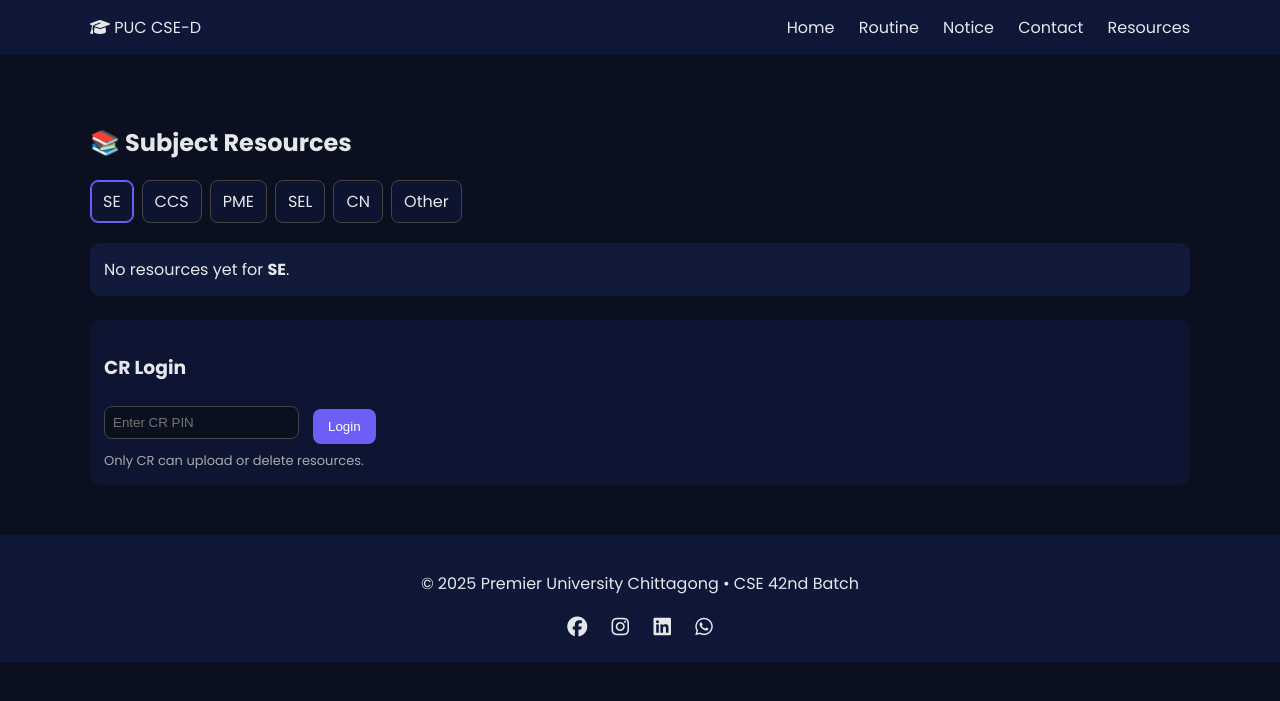
Repository: naimuddin1190/puc-class-management
Page: http://localhost/resources.php?subject=SE
These files come from the project's save history. The page is drawn as it stood at one moment and after the next save; the edit follows.
The browser window is 1280 px wide. The pictures show the whole page.
The page is run by PHP 8.4 with error messages shown; the project is at /var/www/html/. The database holds what the project's SQL file puts in it.

Above is the page before, as saved 2025-09-02 22:24:45.

### resources.php
<?php
session_start();
include 'db.php';

// CR PIN set (change as needed)
define('CR_PIN', '1234');

// Allowed subjects (চাইলে বাড়াতে/কমাতে পারো)
$SUBJECTS = ['SE', 'CCS', 'PME', 'SEL', 'CN','Other'];

// CR login
$login_error = '';
if (isset($_POST['cr_login_pin'])) {
  if ($_POST['cr_login_pin'] === CR_PIN) {
    $_SESSION['is_cr'] = true;
    header("Location: resources.php");
    exit;
  } else {
    $login_error = "Wrong PIN.";
  }
}

// CR logout
if (isset($_GET['logout']) && $_GET['logout'] === '1') {
  $_SESSION['is_cr'] = false;
  unset($_SESSION['is_cr']);
  header("Location: resources.php");
  exit;
}

// Current subject filter
$current = isset($_GET['subject']) && in_array($_GET['subject'], $SUBJECTS) ? $_GET['subject'] : 'SE';

// Fetch resources
$stmt = mysqli_prepare($conn, "SELECT id, title, file_path, uploaded_at FROM resources WHERE subject=? ORDER BY uploaded_at DESC");
mysqli_stmt_bind_param($stmt, "s", $current);
mysqli_stmt_execute($stmt);
$result = mysqli_stmt_get_result($stmt);
$rows = mysqli_fetch_all($result, MYSQLI_ASSOC);
mysqli_stmt_close($stmt);
?>
<!DOCTYPE html>
<html lang="en">
<head>
  <meta charset="UTF-8">
  <title>Resources • PUC Section-D</title>
  <link href="https://fonts.googleapis.com/css2?family=Poppins:wght@300;400;600;700&display=swap" rel="stylesheet">
  <link href="https://cdnjs.cloudflare.com/ajax/libs/font-awesome/6.5.0/css/all.min.css" rel="stylesheet">
  <link rel="stylesheet" href="style.css">
  <style>
    .tabs { display:flex; flex-wrap:wrap; gap:8px; margin: 10px 0 20px;}
    .tab { padding:8px 12px; border:1px solid #444; border-radius:8px; text-decoration:none; color:var(--text); background:#0f1838a8;}
    .tab.active { border-color: var(--primary); box-shadow:0 0 0 1px var(--primary) inset;}
    .res-list { display:grid; grid-template-columns: repeat(auto-fit,minmax(260px,1fr)); gap:14px; }
    .res-item { background: var(--card); padding:14px; border-radius:10px; }
    .res-meta { font-size:12px; opacity:.8; margin-top:6px; }
    .res-actions { display:flex; gap:8px; margin-top:10px; }
    .admin-panel { background: #0d1533; padding:14px; border-radius:10px; margin-top:18px;}
    .admin-panel input, .admin-panel select { margin:6px 6px 6px 0; padding:8px; border-radius:8px; border:1px solid #444; background:#0b1020; color:var(--text);}
    .admin-panel .btn { margin-top:8px; }
    .pin-row { display:flex; gap:8px; align-items:center; }
    .notice { color: #aaa; font-size: 13px; margin-top:6px; }
  </style>
</head>
<body>
  <nav class="nav">
    <div class="nav-inner container">
      <div class="brand"><i class="fa-solid fa-graduation-cap"></i> PUC CSE-D</div>
      <div class="menu">
        <a href="index.html#home">Home</a>
        <a href="index.html#routine">Routine</a>
        <a href="index.html#notice">Notice</a>
        <a href="index.html#contact">Contact</a>
        <a href="resources.php" class="active">Resources</a>
      </div>
    </div>
  </nav>

  <section class="section container">
    <h2>📚 Subject Resources</h2>

    <!-- Subject tabs -->
    <div class="tabs">
      <?php foreach($SUBJECTS as $s): ?>
        <a class="tab <?= $current===$s?'active':'' ?>" href="?subject=<?= urlencode($s) ?>"><?= htmlspecialchars($s) ?></a>
      <?php endforeach; ?>
    </div>

    <!-- List -->
    <div class="res-list">
      <?php if(empty($rows)): ?>
        <div class="res-item">No resources yet for <b><?= htmlspecialchars($current) ?></b>.</div>
      <?php else: foreach($rows as $r): ?>
        <div class="res-item">
          <div class="res-title">
            <i class="fa-regular fa-file-lines"></i>
            <a href="<?= htmlspecialchars($r['file_path']) ?>" target="_blank" style="color:var(--text); text-decoration:none;">
              <?= htmlspecialchars($r['title']) ?>
            </a>
          </div>
          <div class="res-meta">
            Uploaded: <?= date('M d, Y h:i A', strtotime($r['uploaded_at'])) ?>
          </div>
          <?php if(!empty($_SESSION['is_cr'])): ?>
          <form class="res-actions" method="post" action="resource_delete.php" onsubmit="return confirm('Delete this file?');">
            <input type="hidden" name="id" value="<?= (int)$r['id'] ?>">
            <button class="delete-btn" type="submit" style="padding:6px 10px; border-radius:8px;">
              <i class="fa-solid fa-trash"></i> Delete
            </button>
          </form>
          <?php endif; ?>
        </div>
      <?php endforeach; endif; ?>
    </div>

    <!-- CR login / logout + Upload -->
    <?php if(empty($_SESSION['is_cr'])): ?>
      <div class="admin-panel" style="margin-top:24px;">
        <h3>CR Login</h3>
        <?php if($login_error): ?><div style="color:#ef4444; margin-bottom:6px;"><?= htmlspecialchars($login_error) ?></div><?php endif; ?>
        <form method="post">
          <div class="pin-row">
            <input type="password" name="cr_login_pin" placeholder="Enter CR PIN" required>
            <button class="btn" type="submit">Login</button>
          </div>
          <div class="notice">Only CR can upload or delete resources.</div>
        </form>
      </div>
    <?php else: ?>
      <div class="admin-panel">
        <div style="display:flex; justify-content:space-between; align-items:center;">
          <h3>Upload New Resource</h3>
          <a class="btn" href="resources.php?logout=1">Logout CR</a>
        </div>
        <form method="post" action="resource_upload.php" enctype="multipart/form-data">
          <div>
            <select name="subject" required>
              <?php foreach($SUBJECTS as $s): ?>
                <option value="<?= htmlspecialchars($s) ?>" <?= $current===$s?'selected':'' ?>><?= htmlspecialchars($s) ?></option>
              <?php endforeach; ?>
            </select>
            <input type="text" name="title" placeholder="Title (e.g., CT-1 Syllabus, Lecture 05)" required>
            <input type="file" name="file" accept=".pdf,.ppt,.pptx,.doc,.docx,.xls,.xlsx,.zip,.rar,.7z,.txt" required>
          </div>
          <button class="btn" type="submit" style="margin-top:8px;"><i class="fa-solid fa-cloud-arrow-up"></i> Upload</button>
          <div class="notice">Allowed: pdf, ppt/pptx, doc/docx, xls/xlsx, zip/rar/7z, txt (≤ 20MB)</div>
        </form>
      </div>
    <?php endif; ?>
  </section>

  <footer class="footer">
    <p>© 2025 Premier University Chittagong • CSE 42nd Batch</p>
    <div class="socials">
      <a href="https://facebook.com"><i class="fab fa-facebook"></i></a>
      <a href="https://instagram.com"><i class="fab fa-instagram"></i></a>
      <a href="https://linkedin.com"><i class="fab fa-linkedin"></i></a>
      <a href="https://chat.whatsapp.com/your-group-link"><i class="fab fa-whatsapp"></i></a>
    </div>
  </footer>
</body>
</html>

### db.php
<?php
// Database Configuration
$servername = "localhost";
$username   = "root";   // XAMPP/MAMP এর জন্য সাধারণত root
$password   = "";       // Default password খালি থাকে
$dbname     = "puc_portal_db";

// Database Connection
$conn = new mysqli($servername, $username, $password, $dbname);

// Check Connection
if ($conn->connect_error) {
    die("Connection failed: " . $conn->connect_error);
}

/*
|--------------------------------------------------------------------------
| Tables Needed:
|--------------------------------------------------------------------------
| 1. subjects (id, name)
| 2. notes (id, subject_id, file_name, file_path, uploaded_at)
| 3. slides (id, subject_id, file_name, file_path, uploaded_at)
| 4. pdfs (id, subject_id, file_name, file_path, uploaded_at)
|--------------------------------------------------------------------------
|
| তুমি phpMyAdmin এ গিয়ে নিচের SQL রান করলে টেবিলগুলো তৈরি হয়ে যাবে।
|
| CREATE TABLE subjects (
|   id INT AUTO_INCREMENT PRIMARY KEY,
|   name VARCHAR(255) NOT NULL
| );
|
| CREATE TABLE notes (
|   id INT AUTO_INCREMENT PRIMARY KEY,
|   subject_id INT,
|   file_name VARCHAR(255),
|   file_path VARCHAR(255),
|   uploaded_at TIMESTAMP DEFAULT CURRENT_TIMESTAMP,
|   FOREIGN KEY (subject_id) REFERENCES subjects(id) ON DELETE CASCADE
| );
|
| CREATE TABLE slides (
|   id INT AUTO_INCREMENT PRIMARY KEY,
|   subject_id INT,
|   file_name VARCHAR(255),
|   file_path VARCHAR(255),
|   uploaded_at TIMESTAMP DEFAULT CURRENT_TIMESTAMP,
|   FOREIGN KEY (subject_id) REFERENCES subjects(id) ON DELETE CASCADE
| );
|
| CREATE TABLE pdfs (
|   id INT AUTO_INCREMENT PRIMARY KEY,
|   subject_id INT,
|   file_name VARCHAR(255),
|   file_path VARCHAR(255),
|   uploaded_at TIMESTAMP DEFAULT CURRENT_TIMESTAMP,
|   FOREIGN KEY (subject_id) REFERENCES subjects(id) ON DELETE CASCADE
| );
|
*/
?>

### style.css
:root {
  --bg: #0b1020;
  --card: #111a3a;
  --primary: #6d5ef6;
  --danger: #ef4444;
  --text: #e5e7eb;
}

body {
  margin: 0;
  font-family: 'Poppins', sans-serif;
  background: var(--bg);
  color: var(--text);
}

.container {
  width: min(1100px, 90%);
  margin: auto;
}

.section {
  padding: 50px 0;
}

/* Navbar */
.nav {
  background: #0e1738;
  position: sticky;
  top: 0;
  z-index: 100;
}
.nav-inner {
  display: flex;
  justify-content: space-between;
  align-items: center;
  padding: 15px 0;
}
.menu a {
  margin-left: 20px;
  text-decoration: none;
  color: var(--text);
}
.menu a:hover {
  color: var(--primary);
}

/* Hero */
.hero {
  display: flex;
  justify-content: space-between;
  align-items: center;
}
.clock-area {
  text-align: center;
}
#digitalClock {
  margin-top: 10px;
  font-size: 20px;
}

/* Routine */
#routineTable table {
  width: 100%;
  border-collapse: collapse;
}
#routineTable th, #routineTable td {
  border: 1px solid #444;
  padding: 8px;
  text-align: center;
}

/* Notices */
#noticeList {
  list-style: none;
  padding: 0;
}
#noticeList li {
  background: var(--card);
  padding: 10px;
  margin-bottom: 8px;
  border-radius: 5px;
  display: flex;
  flex-direction: column;
}
#noticeList small {
  font-size: 12px;
  color: #bbb;
  margin-bottom: 5px;
}
.delete-btn {
  background: transparent;
  border: none;
  color: var(--danger);
  cursor: pointer;
  font-size: 16px;
  align-self: flex-end;
}
.delete-btn:hover {
  color: #ff5555;
}
textarea {
  width: 100%;
  height: 80px;
  margin-top: 10px;
  padding: 8px;
  border-radius: 5px;
  border: none;
}

/* Contact */
.contact-grid {
  display: grid;
  grid-template-columns: repeat(auto-fit,minmax(220px,1fr));
  gap: 20px;
}
.card {
  background: var(--card);
  padding: 20px;
  border-radius: 10px;
}

/* Footer */
.footer {
  text-align: center;
  padding: 20px;
  background: #0e1738;
}
.footer .socials a {
  margin: 0 10px;
  color: var(--text);
  font-size: 20px;
}
.footer .socials a:hover {
  color: var(--primary);
}

/* Buttons & Admin Panel */
.btn {
  background: var(--primary);
  color: white;
  border: none;
  padding: 10px 15px;
  border-radius: 8px;
  cursor: pointer;
}
.btn:hover {
  opacity: 0.9;
}
.admin-panel {
  margin-top: 15px;
}
.admin-panel input, .admin-panel select {
  margin: 5px;
  padding: 8px;
  border-radius: 5px;
  border: none;
}





/* Admin panel (already exists? then keep whichever is nicer) */
.admin-panel {
  background: #0d1533;
  padding: 14px;
  border-radius: 10px;
  margin-top: 18px;
}

/* Bigger Notice box */
#newNotice {
  width: 100%;
  min-height: 110px;
  padding: 10px;
  border-radius: 10px;
  border: 1px solid #444;
  background: var(--card);
  color: var(--text);
  resize: vertical;
}

### puc_portal_db.sql (the tables this page reads)
CREATE TABLE `resources` (
  `id` int(11) NOT NULL,
  `subject` varchar(100) NOT NULL,
  `title` varchar(255) NOT NULL,
  `file_path` varchar(255) NOT NULL,
  `uploaded_at` timestamp NOT NULL DEFAULT current_timestamp()
) ENGINE=InnoDB DEFAULT CHARSET=utf8mb4 COLLATE=utf8mb4_general_ci;

INSERT INTO `resources` (`id`, `subject`, `title`, `file_path`, `uploaded_at`) VALUES
(4, 'CN', 'final Q', 'uploads/CN/1756834552_6th_CN_MID_Spring-2024_1_.pdf', '2025-09-02 17:35:52');

ALTER TABLE `resources`
  ADD PRIMARY KEY (`id`);

ALTER TABLE `resources`
  MODIFY `id` int(11) NOT NULL AUTO_INCREMENT, AUTO_INCREMENT=6;

After the next save:
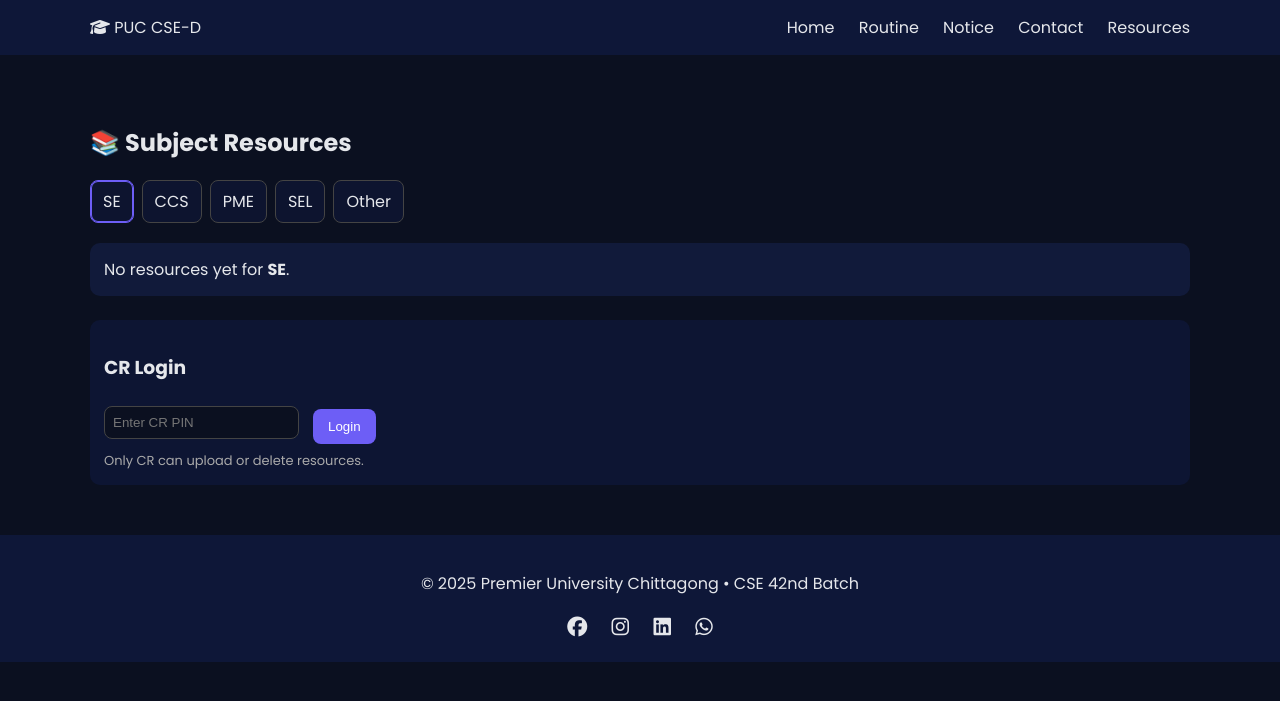
Saved 64 s later.
--- a/resources.php
+++ b/resources.php
@@ -6,7 +6,7 @@ include 'db.php';
 define('CR_PIN', '1234');
 
 // Allowed subjects (চাইলে বাড়াতে/কমাতে পারো)
-$SUBJECTS = ['SE', 'CCS', 'PME', 'SEL', 'CN','Other'];
+$SUBJECTS = ['SE', 'CCS', 'PME', 'SEL', 'Other'];
 
 // CR login
 $login_error = '';
